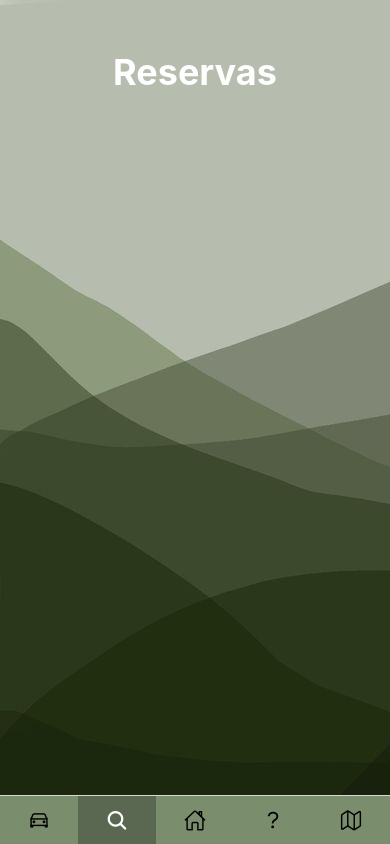
Repository: GabrielAron/EcoWheels
Screen: /Explorar
These files come from the project's save history. The screen is drawn as it stood at one moment and after the next save; the edit follows.
The app was drawn by React Native's web renderer in a window 390 px wide. The project was rebuilt for these pictures with package versions that can differ from the ones it lists, and the page was loaded fresh each time. Also part of the build but not shown: src/Paginas/Home/index.js, src/Paginas/Ajuda/index.js, src/Paginas/Mapa/index.js.

Above is the screen before, as saved 2023-11-13 01:12:35.

### App.js
import React from 'react';
import Routes from './src/Paginas/routes';


export default function App() {
  return (
    <Routes />
  );

}

### src/Paginas/routes.js
import React from 'react';
import { createBottomTabNavigator } from '@react-navigation/bottom-tabs';
import { NavigationContainer } from '@react-navigation/native';
import { Ionicons } from '@expo/vector-icons';

import Home from './Home';
import Explorar from './Carros';
import Ajuda from './Ajuda';
import Reservas from './Locacoes';
import Recarga from './Mapa';

const Tab = createBottomTabNavigator();

export default function Routes() {
  return (
    <NavigationContainer>
      <Tab.Navigator
        tabBarOptions={{
          showLabel: false, // Oculta as etiquetas de texto das guias
          tabBarStyle:{
            position: 'absolute',
            backgroundColor: '#7A8D6D',
          },
          tabStyle: {
            elevation: 0,
          },
          inactiveBackgroundColor: '#7A8D6D',
          activeBackgroundColor: '#5A6851',
        }}
      >
        <Tab.Screen
          name="Reservas"
          component={Reservas}
          options={{
            headerShown: false,
            tabBarIcon: ({ color, size, focused }) => {
              if (focused) {
                return <Ionicons name="md-car" size={23} color="#FFF" />;
              } else {
                return <Ionicons name="md-car-outline" size={23} color="#000000" />;
              }
            },
          }}
        />
        <Tab.Screen
          name="Explorar"
          component={Explorar}
          options={{
            headerShown: false,
            tabBarIcon: ({ color, size, focused }) => {
              if (focused) {
                return <Ionicons name="md-search" size={23} color="#FFF" />;
              } else {
                return <Ionicons name="md-search-outline" size={23} color="#000000" />;
              }
            },
          }}
        />
        <Tab.Screen
          name="Home"
          component={Home}
          options={{
            headerShown: false,
            tabBarIcon: ({ color, size, focused }) => {
              if (focused) {
                return <Ionicons name="md-home" size={23} color="#FFF" />;
              } else {
                return <Ionicons name="md-home-outline" size={23} color="#000000" />;
              }
            },
          }}
        />
        <Tab.Screen
          name="Ajuda"
          component={Ajuda}
          options={{
            headerShown: false,
            tabBarIcon: ({ color, size, focused }) => {
              if (focused) {
                return <Ionicons name="md-help" size={23} color="#FFF" />;
              } else {
                return <Ionicons name="md-help-outline" size={23} color="#000000" />;
              }
            },
          }}
        />
        <Tab.Screen
          name="Recarga"
          component={Recarga}
          options={{
            headerShown: false,
            tabBarIcon: ({ color, size, focused }) => {
              if (focused) {
                return <Ionicons name="md-map" size={23} color="#FFF" />;
              } else {
                return <Ionicons name="md-map-outline" size={23} color="#000000" />;
              }
            },
          }}
        />
      </Tab.Navigator>
    </NavigationContainer>
  );
}

### src/Paginas/Carros/index.js
import React, { useEffect, useState } from 'react';
import { View, Text, ImageBackground, StyleSheet } from 'react-native';
import Fundo from '/imagens/fundoverde.jpg';

export default function Reservas() {

  return (
    <View style={styles.container}>
      <ImageBackground source={Fundo} style={styles.image}>
        <Text style={styles.text}>Reservas</Text>

      </ImageBackground>
    </View>
  );
}

const styles = StyleSheet.create({
  container: {
    flex: 1,
  },
  image: {
    flex: 1,
    resizeMode: 'cover',
    justifyContent: 'center',
  },
  text: {
    color: '#fffeff',
    fontSize: 36,
    position: 'absolute',
    top: 50,
    left: 0,
    right: 0,
    fontWeight: 'bold',
    textAlign: 'center',
    alignItems:'center',
  },

});

### src/Paginas/Locacoes/index.js
import React from 'react';
import { View, Text, ImageBackground, Button, StyleSheet } from 'react-native';
import Fundo from '/imagens/fundoverde.jpg';

const Card = ({ title, image }) => (
  <View style={styles.card}>
    <ImageBackground source={{ uri: image }} style={styles.image} />
    <Text style={styles.title}>{title}</Text>
    <Button title="Reservar" onPress={() => { }} />
  </View>
);

export default function Reservas() {
  return (
    <View style={styles.container}>
      <ImageBackground source={Fundo} style={styles.image}>
        <Text style={styles.text}>Carros</Text>
        <View style={styles.cardContainer}>
          <Card title="QUALIDADE PARA UM CONFORTO E OTIMO PASSEIO" image="url_da_imagem_1" />
          <Card title="DESIGN E CONFORTO EM UM Rider GT 3.0 ou similar" image="url_da_imagem_2" />
          <Card title="FORCA PARA DESAFIOS OFF-Road Viper GT 3.0 ou similar" image="url_da_imagem_3" />
          <Card title="FORCA PARA DESAFIOS OFF-Road Viper GT 3.0 ou similar" image="url_da_imagem_3" />

        </View>
      </ImageBackground>
    </View>
  );
}

const styles = StyleSheet.create({
  container: {
    flex: 1,
  },
  image: {
    flex: 1,
    resizeMode: 'cover',
    justifyContent: 'center',
  },
  text: {
    color: '#fffeff',
    fontSize: 36,
    position: 'absolute',
    top: 50,
    left: 0,
    right: 0,
    fontWeight: 'bold',
    textAlign: 'center',
  },
  cardContainer: {
    flex: 1,
    alignItems: 'center', // Adicionado para centralizar horizontalmente
    justifyContent: 'center', // Adicionado para centralizar verticalmente
  },
  card: {
    width: '80%',
    height: 200,
    backgroundColor: '#fff',
    borderRadius: 10,
    marginBottom: 20,
    padding: 10,
  },
  title: {
    fontSize: 16,
    fontWeight: 'bold',
  },
});

After the next save:
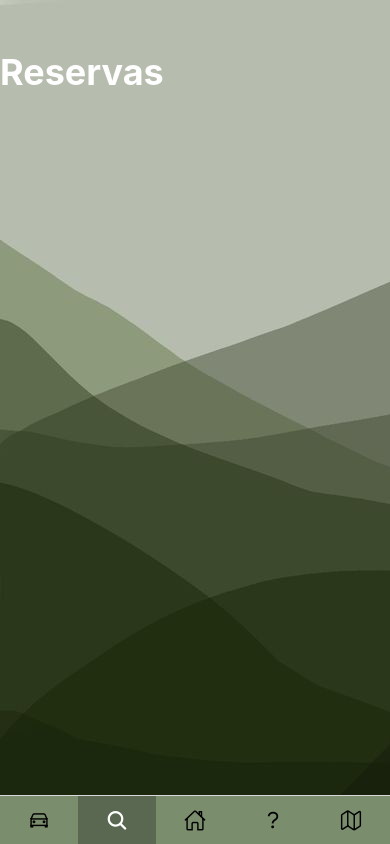
Saved 7 s later.
--- a/src/Paginas/Carros/index.js
+++ b/src/Paginas/Carros/index.js
@@ -31,7 +31,7 @@ const styles = StyleSheet.create({
     left: 0,
     right: 0,
     fontWeight: 'bold',
-    textAlign: 'center',
+
     alignItems:'center',
   },
 
